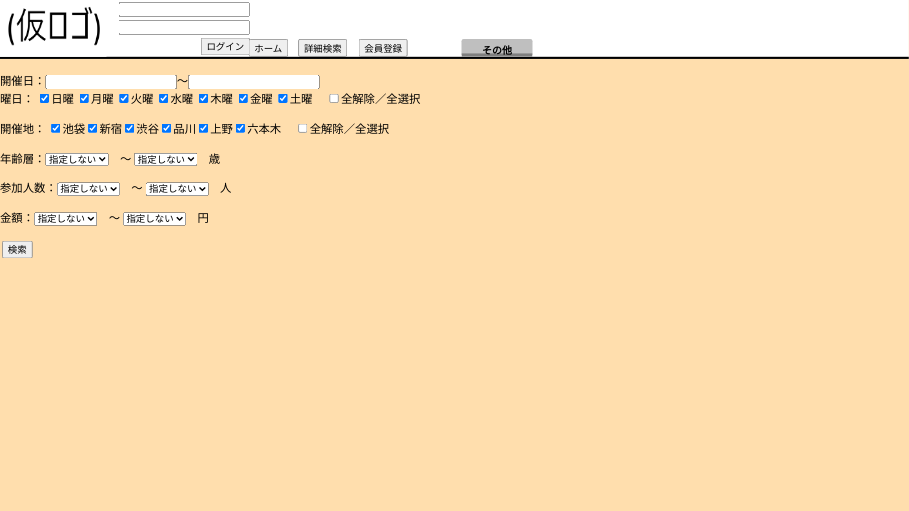
Repository: k0816/backup-master
Page: http://localhost/cycle/PartySearchAction
An editor plug-in stored every save of this project. The page is shown before and after the next save, followed by the edit.
The browser window is 1280 px wide. The pictures show the whole page, at 71% of full size.
The page is served by Tomcat 9. Other server files are loaded and not shown. Queries for data that is not in the repository find no rows.

Above is the page before, as saved 2018-01-25 06:08:03.

### cycle/WebContent/partySearch.jsp
<%@ page language="java" contentType="text/html; charset=UTF-8"
    pageEncoding="UTF-8"%>
<%@ taglib prefix="s" uri="/struts-tags"%>

<!DOCTYPE html>
<html>
<head>
<meta http-equiv="Content-Type" content="text/html; charset=UTF-8">
<title>Insert title here</title>

<script type="text/javascript" src="js/jquery-3.3.1.js"></script>
<script type="text/javascript" src="js/jquery-ui.min.js"></script>
<script type="text/javascript" src="js/datepicker-ja.js"></script>
<link type="text/css" href="css/theme/jquery-ui.min.css" rel="stylesheet" />
<link type="text/css" href="css/theme/jquery-ui.theme.min.css" rel="stylesheet" />
<link type="text/css" href="css/theme/jquery-ui.structure.min.css" rel="stylesheet" />

<script type="text/javascript">
/*---チェックリストの全解除、選択---*/
    flag =false;
    function allChangeWeek(){
        flag = !flag;
        var check = document.getElementsByName('week');
        for(i = 0; i < check.length; i++){
            check[i].checked = !flag;
        }
    }

    flag =false;
    function allChangePlace(){
        flag = !flag;
        var check = document.getElementsByName('partyPlace');
        for(i = 0; i < check.length; i++){
            check[i].checked = !flag;
        }
    }

/*---カレンダー機能---*/
    $(function() {
    	  $("#date1").datepicker( {
    	    changeMonth: true,
    	    numberOfMonths: 2,
    	  } );
    	  $("#date2").datepicker( {
      	    changeMonth: true,
    	    numberOfMonths: 2,
      	  } );

    	});
/*---カレンダー日付の初期値設定---*/


</script>
</head>


<body >

 <jsp:include page="/include.jsp" flush="true" />

	<s:date name="dateUtil.getDate()" format="yyyy年MM月dd日" />
					<s:property value="dateUtil.getDate()" />


<s:if test="errorMessage!=null">
	<s:property value="errorMessage"/>
</s:if>
開催日：<input type="text" id="date1" />～<input type="text" id="date2" /><br>
  曜日：
<label><input type="checkbox" name="week" value="sunday" checked>日曜</label>
<label><input type="checkbox" name="week" value="monday" checked>月曜</label>
<label><input type="checkbox" name="week" value="tuesday" checked>火曜</label>
<label><input type="checkbox" name="week" value="wednesday" checked>水曜</label>
<label><input type="checkbox" name="week" value="thursday" checked>木曜</label>
<label><input type="checkbox" name="week" value="friday" checked>金曜</label>
<label><input type="checkbox" name="week" value="saturday" checked>土曜</label>

<label><input name="selectAll" onclick="allChangeWeek(this.checked);" type="checkbox"  />全解除／全選択</label>
<br><br>
<s:form id="form" name="form" action="PartySearchResultAction">
開催地：
<label><input type="checkbox" name="partyPlace" value="池袋" checked>池袋</label>
<label><input type="checkbox" name="partyPlace" value="新宿" checked>新宿</label>
<label><input type="checkbox" name="partyPlace" value="渋谷" checked>渋谷</label>
<label><input type="checkbox" name="partyPlace" value="品川" checked>品川</label>
<label><input type="checkbox" name="partyPlace" value="上野" checked>上野</label>
<label><input type="checkbox" name="partyPlace" value="六本木" checked>六本木</label>
<label><input name="selectAll" onclick="allChangePlace(this.checked);" type="checkbox"  />全解除／全選択</label>
<br><br>
年齢層：<select name="ageMinimum">
    <option value="0">指定しない</option>
    <option value="20">20</option>
    <option value="25">25</option>
    <option value="30">30</option>
    <option value="35">35</option>
    <option value="40">40</option>
  </select>　～
  <select name="ageMaximum">
    <option value="100">指定しない</option>
    <option value="25">25</option>
    <option value="30">30</option>
    <option value="35">35</option>
    <option value="40">40</option>
    <option value="45">45</option>
    <option value="50">50</option>
  </select>　歳<br>
<br>
参加人数：<select name="partyCapacity">
    <option value="0">指定しない</option>
    <option value="20">20</option>
    <option value="40">40</option>
    <option value="60">60</option>
    <option value="80">80</option>
    <option value="100">100</option>
  </select>　～
  <select name="capa2">
    <option value="1000">指定しない</option>
    <option value="20">20</option>
    <option value="40">40</option>
    <option value="60">60</option>
    <option value="80">80</option>
    <option value="100">100</option>
  </select>　人<br>
<br>
金額：<select name="partyPrice">
    <option value="0">指定しない</option>
    <option value="1500">1500</option>
    <option value="3000">3000</option>
    <option value="4500">4500</option>
    <option value="6000">6000</option>
    <option value="7500">7500</option>
    <option value="9000">9000</option>
  </select>　～
  <select name="price2">
    <option value="100000">指定しない</option>
    <option value="3000">3000</option>
    <option value="4500">4500</option>
    <option value="6000">6000</option>
    <option value="7500">7500</option>
    <option value="9000">9000</option>
  </select>　円<br><br>

<div id="searchBotan"><s:submit value="検索"/></div>
</s:form>



</body>
</html>

### cycle/WebContent/include.jsp
<%@ page language="java" contentType="text/html; charset=UTF-8"
	pageEncoding="UTF-8"%>
<%@ taglib prefix="s" uri="/struts-tags"%>
<!DOCTYPE html PUBLIC "-//W3C//DTD HTML 4.01 Transitional//EN" "http://www.w3.org/TR/html4/loose.dtd">
<html>
<head>
<meta http-equiv="Content-Type" content="text/html; charset=utf-8" />
<meta http-equiv="Content-Style-Type" content="text/css" />
<meta http-equiv="Content-Script-Type" content="text/javascript" />
<meta http-equiv="imagetoolbar" content="no" />
<meta name="description" content="" />
<meta name="keywords" content="" />
<title>JSP共通設定</title>
<style type="text/css">

#header {
	width: 100%;
	height: 80px;
	background-color: white;
	border-bottom: 3px solid black;
	/* position: fixed; */
}

#welcome {
	position: absolute;
	left: 160px;
	top: 0px;
}

.botan {
	position: absolute;
	top: 55px;
}

#home {
	position: absolute;
	left: 350px;
}

#search {
	position: absolute;
	left: 420px;
}

#createORmypage {
	position: absolute;
	left: 505px;
}

#other {
	position: absolute;
	left: 650px;
}

body {
	/* background: url("./image/wood.jpg"); */
	background: #FFDEAD;
	margin: 0;
	padding: 0;
}
/* ドロップダウンメニューについて */
#dropmenu {
	list-style-type: none;
	width: 100px;
	height: 20px;
	margin: 0px auto 0px;
	padding: 0;
	background: #bfbfbf;
	border-bottom: 5px solid #7f7f7f;
	border-radius: 3px 3px 0 0;;
}

#dropmenu li {
	position: relative;
	width: 100%;
	float: left;
	margin: 0;
	padding: 0;
	text-align: center;
}

#dropmenu li a {
	display: block;
	margin: 0;
	padding: 10px;
	color: black;
	font-size: 14px;
	font-weight: bold;
	line-height: 1;
	text-decoration: none;
}

#dropmenu li:hover>a {
	background: #bfbfbf;;
	color: #eff7b1;
}

#dropmenu>li:hover>a {
	border-radius: 3px 3px 0 0;
}

#dropmenu li ul {
	list-style: none;
	position: absolute;
	top: 100%;
	left: 0;
	margin: 0;
	padding: 0;
	border-radius: 0 0 3px 3px;
}

#dropmenu li ul li {
	overflow: hidden;
	width: 100%;
	height: 0;
	color: #fff;
	-moz-transition: .2s;
	-webkit-transition: .2s;
	-o-transition: .2s;
	-ms-transition: .2s;
	transition: .2s;
}

#dropmenu li ul li a {
	padding: 13px 13px;
	background: #bfbfbf;
	text-align: center;
	font-size: 12px;
	font-weight: normal;
}

#dropmenu li:hover ul li {
	overflow: visible;
	height: 38px;
	border-top: 1px solid #bfbfbf;
	border-bottom: 1px solid #616d0b;
}

#dropmenu li:hover ul li:first-child {
	border-top: 0;
}

#dropmenu li:hover ul li:last-child {
	border-bottom: 0;
}

#dropmenu li:hover ul li:last-child a {
	border-radius: 0 0 3px 3px;
}
</style>
</head>
<body>
	<div id="header">
          <a href="GoHomeAction"><img src="image\logotest.jpg" width="150" height="80"></a>

		<div id="welcome">  <!-- ログイン情報入力フォーム-->
			<s:if test="#session.loginUser != null">
ようこそ！<s:property value="#session.loginUser.getUserName()" escape="false" />様！
            </s:if>
            <s:else>
            <s:form id="form" name="form" action="LoginAction">
				<div id="address"><s:textfield name="loginAddress"/></div>
				<div id="password"><s:password name="loginPassword"/></div>
				<s:hidden name="userName" value='<s:property value="userName"/>'/>
				<s:hidden name="userId" value='<s:propety value="userId"/>'/>
				<div id="login"><s:submit value="ログイン"/></div>
			</s:form>
            </s:else>
            </div>

	<div class="botan">
			<div id="home">
				<form action="GoHomeAction">
					<input type="submit" value="ホーム" />
				</form>
			</div>
			<div id="search">
				<form action="PartySearchAction">
					<input type="submit" value="詳細検索" />
				</form>
			</div>
			<div id=createORmypage>
			<s:hidden name="loginAddress" value="%{loginAddress}"/>
			<s:hidden name="loginPassword" value="%{loginPassword}"/>
			<s:hidden name="userId" value="%{userId}"/>
			<s:hidden name="userName" value="%{userName}"/>
			<s:if test="#session.loginUser !=null">
				<ul id="dropmenu">
					<li><a href="#">マイページ</a>
						<ul>
							<li><a href="NicePartyListAction">いいね！</a></li>
							<li><a href="PartyJoinHistoryAction">参加履歴</a></li>
							<li><a href="UserInfoAction">登録情報確認</a></li>
							<li><a href="PartySearchNEWAction">商品検索</a></li>

						</ul>
					</li>
				</ul>
			</s:if>
			<s:else>
				<form action="UserCreateAction">
					<input type="submit" value="会員登録" />
				</form>
			</s:else>
			</div>

		<!-- ドロップダウンメニュー -->
		<div id="other">
		<ul id="dropmenu">
			<li><a href="#">その他</a>
				<ul>
					<li><a href="ToNewUserAction">お知らせ</a></li>
					<li><a href="ToNewUserAction">初めての方へ</a></li>
					<li><a href="#">会社概要</a></li>
					<li><a href="#">お問い合わせ</a></li>
					<li><s:if test="#session.loginUser !=null">
							<a href="LogoutAction">ログアウト</a>
						</s:if></li>
				</ul>
			</li>
		</ul>
		</div>
	</div>
	</div>
	<br>
</body>
</html>

### cycle/src/cycle/dto/PartySearchDTO.java
package cycle.dto;

import java.util.Date;


public class PartySearchDTO {


	public String partyId;

	public String partyName;

	public Date partyDate;

	public Date date2;

	public String partyWeek;

	public String partyPrice;

	public String partyCapacity;

	public String partyPlace;

	public String ageMinimum;

	public String ageMaximum;

	public String partyDetail;

	public Date insertDate;

	public Date updateDate;

	public String capa2;

	public String price2;



	public Date getInsertDate() {
		return insertDate;
	}

	public void setInsertDate(Date insertDate) {
		this.insertDate = insertDate;
	}

	public Date getUpdateDate() {
		return updateDate;
	}

	public void setUpdateDate(Date updateDate) {
		this.updateDate = updateDate;
	}

	public String getPartyId() {
	    return partyId;
	}

	public void setPartyId(String partyId) {
	    this.partyId = partyId;
	}

	public String getPartyName() {
	    return partyName;
	}

	public void setPartyName(String partyName) {
	    this.partyName = partyName;
	}

	public Date getPartyDate() {
	    return partyDate;
	}

	public void setPartyDate(Date partyDate) {
	    this.partyDate = partyDate;
	}

	public Date getDate2() {
		return date2;
	}

	public void setDate2(Date date2) {
		this.date2 = date2;
	}

	public String getPartyWeek() {
		return partyWeek;
	}

	public void setPartyWeek(String partyWeek) {
		this.partyWeek = partyWeek;
	}

	public String getPartyPrice() {
	    return partyPrice;
	}

	public void setPartyPrice(String partyPrice) {
	    this.partyPrice = partyPrice;
	}

	public String getPartyCapacity() {
	    return partyCapacity;
	}

	public void setPartyCapacity(String partyCapacity) {
	    this.partyCapacity = partyCapacity;
	}

	public String getPartyPlace() {
	    return partyPlace;
	}

	public void setPartyPlace(String partyPlace) {
	    this.partyPlace = partyPlace;
	}

	public String getAgeMinimum() {
	    return ageMinimum;
	}

	public void setAgeMinimum(String ageMinimum) {
	    this.ageMinimum = ageMinimum;
	}

	public String getAgeMaximum() {
	    return ageMaximum;
	}

	public void setAgeMaximum(String ageMaximu) {
	    this.ageMaximum = ageMaximu;
	}

	public String getPartyDetail() {
	    return partyDetail;
	}

	public void setPartyDetail(String partyDetail) {
	    this.partyDetail = partyDetail;
	}



	public String getCapa2() {
		return capa2;
	}

	public void setCapa2(String capa2) {
		this.capa2 = capa2;
	}

	public String getPrice2() {
		return price2;
	}

	public void setPrice2(String price2) {
		this.price2 = price2;
	}

}

### cycle/src/cycle/dao/PartySearchDAO.java
package cycle.dao;

import java.sql.Connection;
import java.sql.PreparedStatement;
import java.sql.ResultSet;
import java.sql.SQLException;
import java.util.ArrayList;

import cycle.dto.PartySearchDTO;
import cycle.util.DBConnector;

public class PartySearchDAO {
	public ArrayList<PartySearchDTO> partySearchDTOList = new ArrayList<PartySearchDTO>();


	public ArrayList<PartySearchDTO> selectAll() {
		DBConnector db = new DBConnector();
		Connection con = db.getConnection();

		String sql = "SELECT * from party_info";

	    try{
	    	PreparedStatement ps = con.prepareStatement(sql);
			ResultSet rs = ps.executeQuery();

			while(rs.next()) {
				PartySearchDTO partySearchDTO = new PartySearchDTO();
				partySearchDTO.setPartyId(rs.getString("party_id"));
				partySearchDTO.setPartyName(rs.getString("party_name"));
				partySearchDTO.setPartyDate(rs.getDate("party_date"));
				partySearchDTO.setPartyPrice(rs.getString("party_price"));
				partySearchDTO.setPartyCapacity(rs.getString("party_capacity"));
				partySearchDTO.setPartyPlace(rs.getString("party_place"));
				partySearchDTO.setAgeMinimum(rs.getString("age_minimum"));
				partySearchDTO.setAgeMaximum(rs.getString("age_maximum"));
				partySearchDTO.setPartyDetail(rs.getString("party_detail"));
				partySearchDTO.setInsertDate(rs.getDate("insert_date"));
				partySearchDTO.setUpdateDate(rs.getDate("update_date"));
				partySearchDTOList.add(partySearchDTO);

	    }

		} catch(SQLException e) {
			e.printStackTrace();

		}

		try {
			con.close();

		} catch(SQLException e) {
			e.printStackTrace();

		}

		return partySearchDTOList;
	}

}

### cycle/src/cycle/util/DBConnector.java
package cycle.util;

import java.sql.Connection;
import java.sql.DriverManager;
import java.sql.SQLException;

public class DBConnector {

	private static String driverName = "com.mysql.jdbc.Driver";
	private static String url = "jdbc:mysql://localhost/cycle";
	private static String user = "root";
	private static String password = "mysql";
public Connection getConnection() {
	Connection con = null;
	try {
		Class.forName(driverName);
		con = (Connection) DriverManager.getConnection(url,user,password);
	} catch(ClassNotFoundException e) {
		e.printStackTrace();
	} catch(SQLException e) {
		e.printStackTrace();
	}
	return con;
	}
}

### cycle/WebContent/js/datepicker-ja.js
/* Japanese initialisation for the jQuery UI date picker plugin. */
/* Written by Kentaro SATO (kentaro@ranvis.com). */
( function( factory ) {
	if ( typeof define === "function" && define.amd ) {

		// AMD. Register as an anonymous module.
		define( [ "../widgets/datepicker" ], factory );
	} else {

		// Browser globals
		factory( jQuery.datepicker );
	}
}( function( datepicker ) {

datepicker.regional.ja = {
	closeText: "閉じる",
	prevText: "&#x3C;前",
	nextText: "次&#x3E;",
	currentText: "今日",
	monthNames: [ "1月","2月","3月","4月","5月","6月",
	"7月","8月","9月","10月","11月","12月" ],
	monthNamesShort: [ "1月","2月","3月","4月","5月","6月",
	"7月","8月","9月","10月","11月","12月" ],
	dayNames: [ "日曜日","月曜日","火曜日","水曜日","木曜日","金曜日","土曜日" ],
	dayNamesShort: [ "日","月","火","水","木","金","土" ],
	dayNamesMin: [ "日","月","火","水","木","金","土" ],
	weekHeader: "週",
	dateFormat: "yy/mm/dd",
	firstDay: 0,
	isRTL: false,
	showMonthAfterYear: true,
	yearSuffix: "年" };
datepicker.setDefaults( datepicker.regional.ja );

return datepicker.regional.ja;

} ) );

Loaded but not shown: cycle/WebContent/js/jquery-3.3.1.js (library); cycle/WebContent/js/jquery-ui.min.js (library); cycle/WebContent/css/theme/jquery-ui.min.css (library); cycle/WebContent/css/theme/jquery-ui.theme.min.css (library); cycle/WebContent/css/theme/jquery-ui.structure.min.css (library)

After the next save:
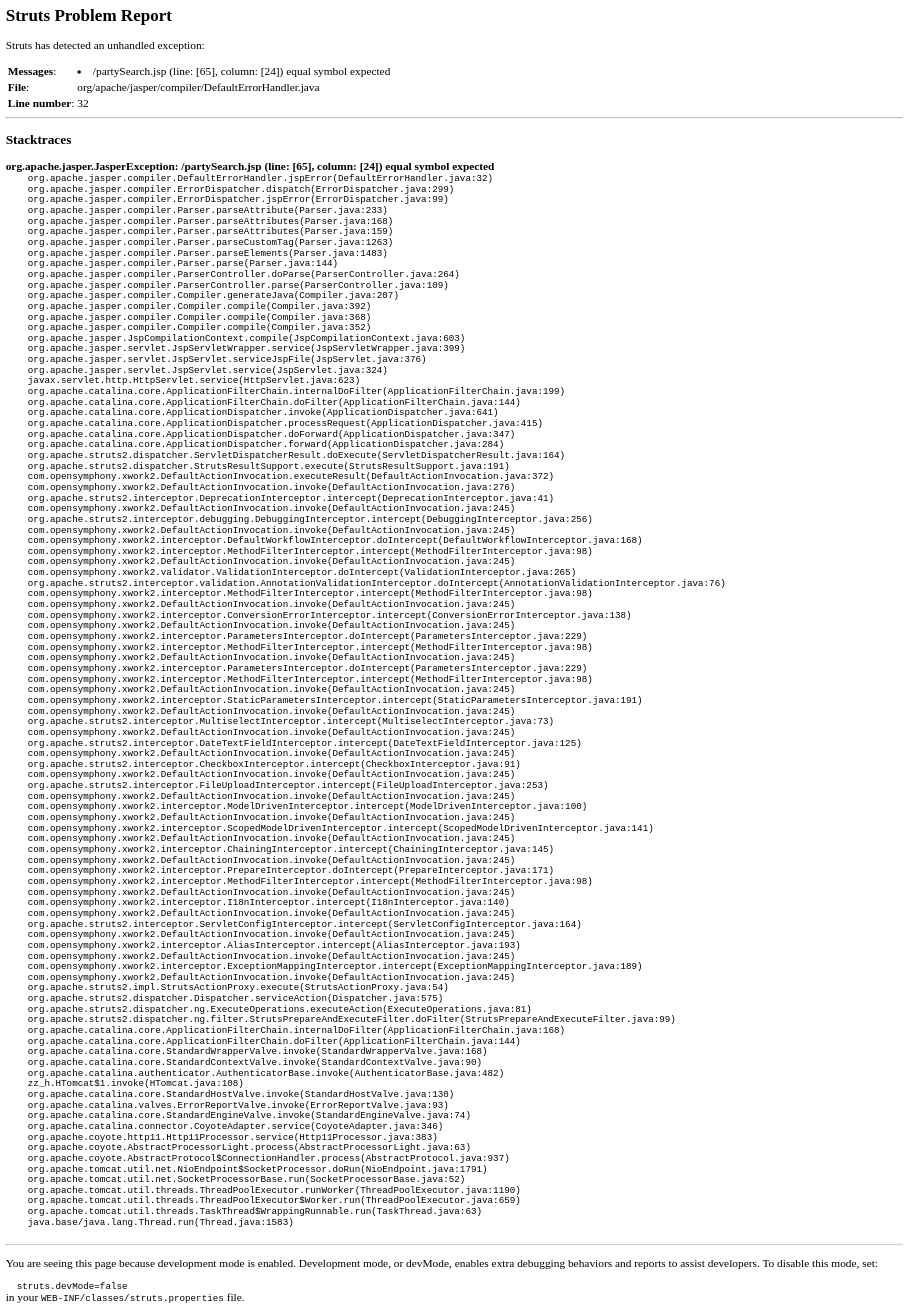
Saved 29 s later.
--- a/cycle/WebContent/partySearch.jsp
+++ b/cycle/WebContent/partySearch.jsp
@@ -59,7 +59,7 @@
  <jsp:include page="/include.jsp" flush="true" />
 
 	<s:date name="dateUtil.getDate()" format="yyyy年MM月dd日" />
-					<s:property value="dateUtil.getDate()" />
+					<s:property value="dateUtil.getDate()" format="yyyy年MM月dd日 />
 
 
 <s:if test="errorMessage!=null">

After the save that followed:
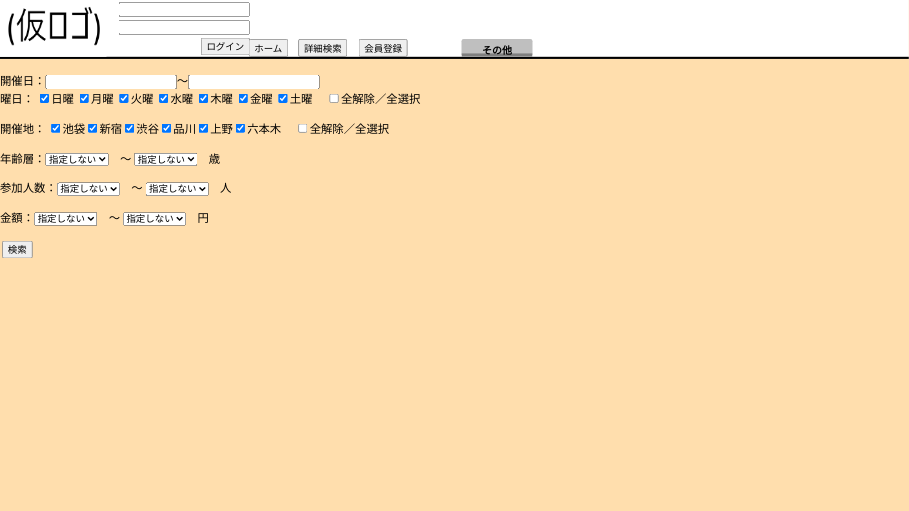
Saved 6 s later.
--- a/cycle/WebContent/partySearch.jsp
+++ b/cycle/WebContent/partySearch.jsp
@@ -59,7 +59,7 @@
  <jsp:include page="/include.jsp" flush="true" />
 
 	<s:date name="dateUtil.getDate()" format="yyyy年MM月dd日" />
-					<s:property value="dateUtil.getDate()" format="yyyy年MM月dd日 />
+					<s:property value="dateUtil.getDate()" />
 
 
 <s:if test="errorMessage!=null">
